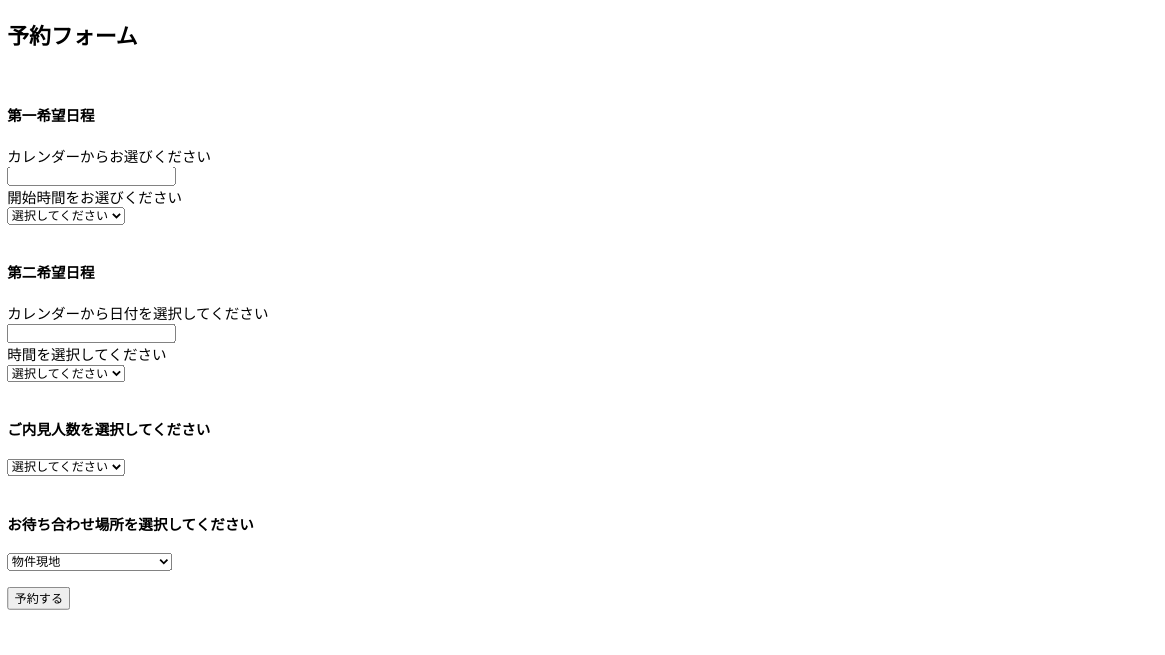
Repository: tuwen0803/contactform
Page: reservation.html
The author's editor kept a record of every edit. The page is drawn from the files as they stood at one moment, then again after the next edit.
The browser window is 1280 px wide. The pictures show the whole page, at 91% of full size.
Some web libraries are served in a nearby version.

Above is the page before.

After the next edit:
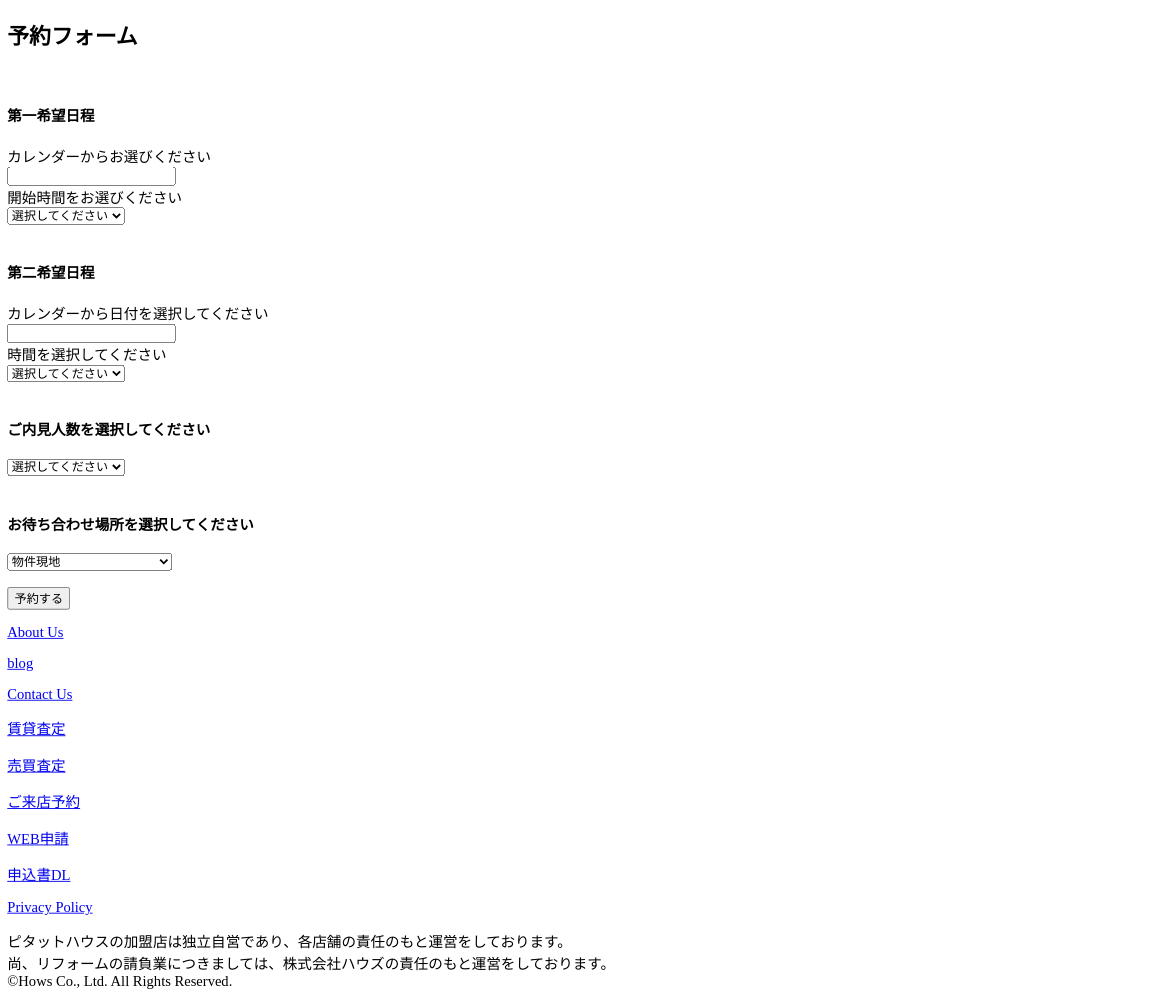
The edit:
--- a/reservation.html
+++ b/reservation.html
@@ -68,6 +68,38 @@
 	<input type="submit" value="予約する" class="submit">
 </form>
 
+
+<div id="footer">
+    <div class="imgBox inview fadeIn_up">
+        <div class="clearfix2">
+
+            <div class="box">
+                    <p><a href="about.html">About Us</a></p>
+                    <p><a href="blog">blog</a></p>
+                    <p><a href="contact.html">Contact Us</a></p>
+            </div>
+            <div class="box">
+                    <p><a href="sate-r.html">賃貸査定</a></p>
+                    <p><a href="sate-s.html">売買査定</a></p>
+                    <p><a href="contact.html">ご来店予約</a></p>
+            </div>
+            <div class="box">
+                    <p><a href="kouzi.html">WEB申請</a></p>
+                    <p><a href="download.html">申込書DL</a></p>
+                    <p><a href="policy.html">Privacy Policy</a></p>
+            </div>
+        </div>
+
+    </div>
+        <p id="copyright" style="padding-bottom: 0">ピタットハウスの加盟店は独立自営であり、各店舗の責任のもと運営をしております。<br>尚、リフォームの請負業につきましては、株式会社ハウズの責任のもと運営をしております。<br>&copy;Hows Co., Ltd. All Rights Reserved.</p>
+
+</div>
+
+
+
+
+
+
 <script>
 $(function() {
   $('.calender').datepicker({
